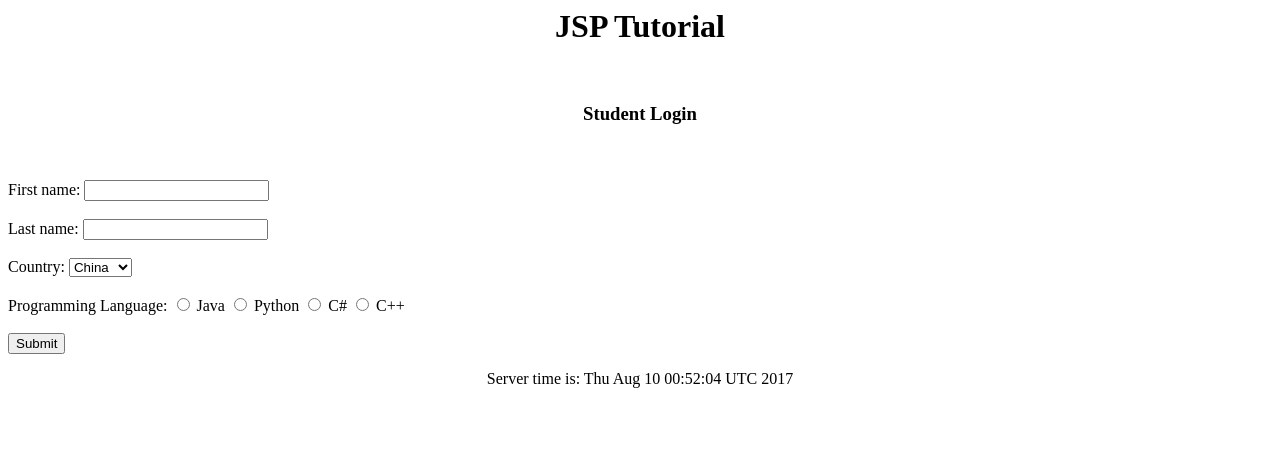
Repository: xiaoliu-lucy/JSP
Page: http://localhost/jspdemo/homepage.jsp
The author's editor kept a copy of each file at every save. The page is drawn from the files as they stood at one save, then again after the next save.
The browser window is 1280 px wide. The pictures show the whole page.
The page is served by Tomcat 9. Other server files are loaded and not shown.

Above is the page before, as saved 2017-08-11 22:51:11.

### jspdemo/WebContent/homepage.jsp

<html>
	<body>
	<jsp:include page="myHeader.html" />
	</br>
	<h3 align="center">Student Login</h3>
	</br></br>
	<form action="student-response.jsp" >
	  First name: <input type="text" name="firstName" />
	  </br></br>
	  Last name: <input type="text" name="lastName" />
	  </br></br>
	  Country: <select name="country">
	  		   <option>China</option>
	  		   <option>Japan</option>
	  		   <option>U.S</option>
	  		   <option>Russia</option>
	  		   </select>
	  </br></br>
	  Programming Language: <input type="radio" name="favoriteLanguage" value="Java" /> Java
	                        <input type="radio" name="favoriteLanguage" value="Java" /> Python
	                        <input type="radio" name="favoriteLanguage" value="Java" /> C#
	                        <input type="radio" name="favoriteLanguage" value="Java" /> C++
	  </br></br>
	  <input type="submit" value="Submit" />

	</form>
	<jsp:include page="myFooter.jsp" />
	</body>
</html>

### jspdemo/WebContent/myHeader.html
<h1 align="center"> JSP Tutorial</h1>

### jspdemo/WebContent/myFooter.jsp
<center>Server time is: <%= new java.util.Date() %>

After the next save:
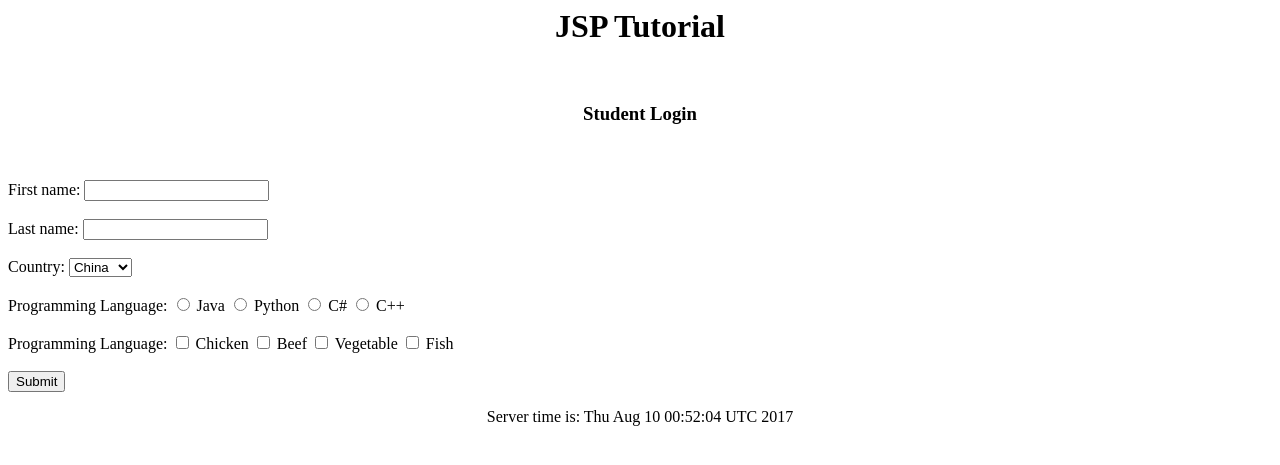
Saved 3 s later.
--- a/jspdemo/WebContent/homepage.jsp
+++ b/jspdemo/WebContent/homepage.jsp
@@ -22,6 +22,11 @@
 	                        <input type="radio" name="favoriteLanguage" value="Java" /> C#
 	                        <input type="radio" name="favoriteLanguage" value="Java" /> C++
 	  </br></br>
+	  Programming Language: <input type="checkbox" name="favoriteFood" value="Java" /> Chicken
+	                        <input type="checkbox" name="favoriteFood" value="Java" /> Beef
+	                        <input type="checkbox" name="favoriteFood" value="Java" /> Vegetable
+	                        <input type="checkbox" name="favoriteFood" value="Java" /> Fish
+	  </br></br>
 	  <input type="submit" value="Submit" />
 
 	</form>
